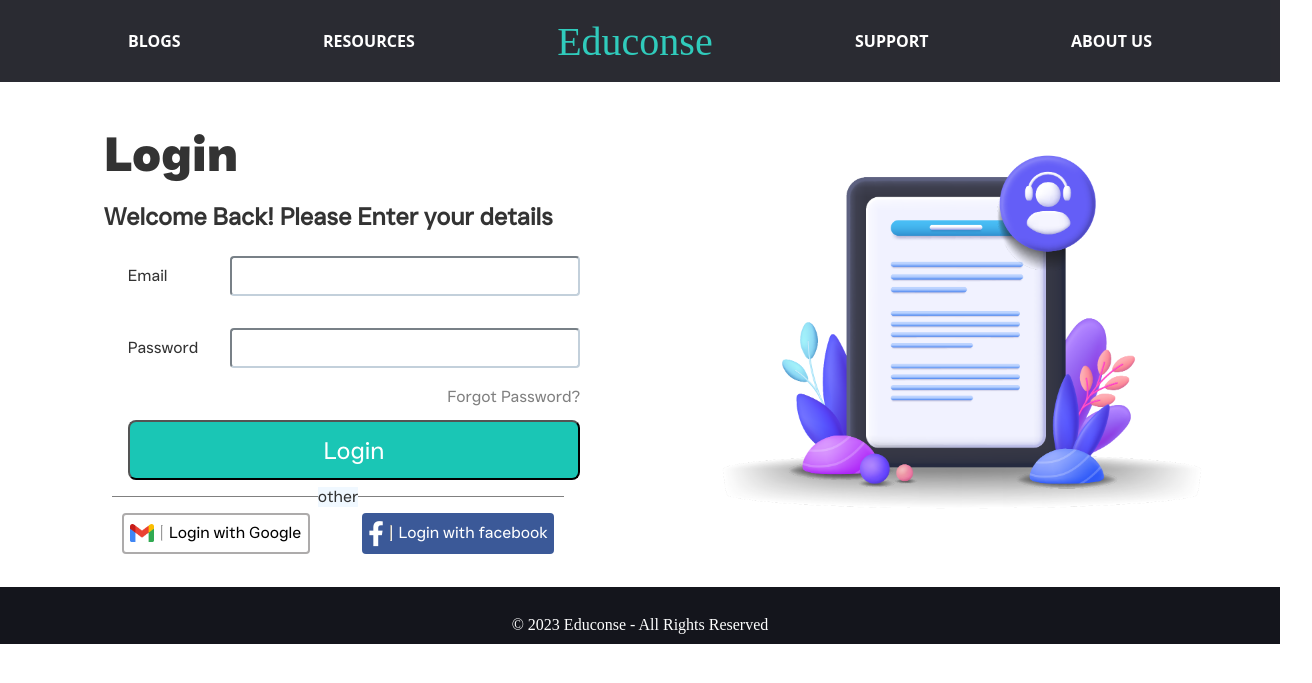
Repository: devajay07/educonse
Page: pages/login.html
The author's editor kept a copy of each file at every save. The page is drawn from the files as they stood at one save, then again after the next save.
The browser window is 1280 px wide. The page is 1312 px wide, so the pictures cover 1312 px, including what lies to the right of the window. The pictures show the whole page.

Above is the page before, as saved 2023-10-15 03:33:03.

After the next save:
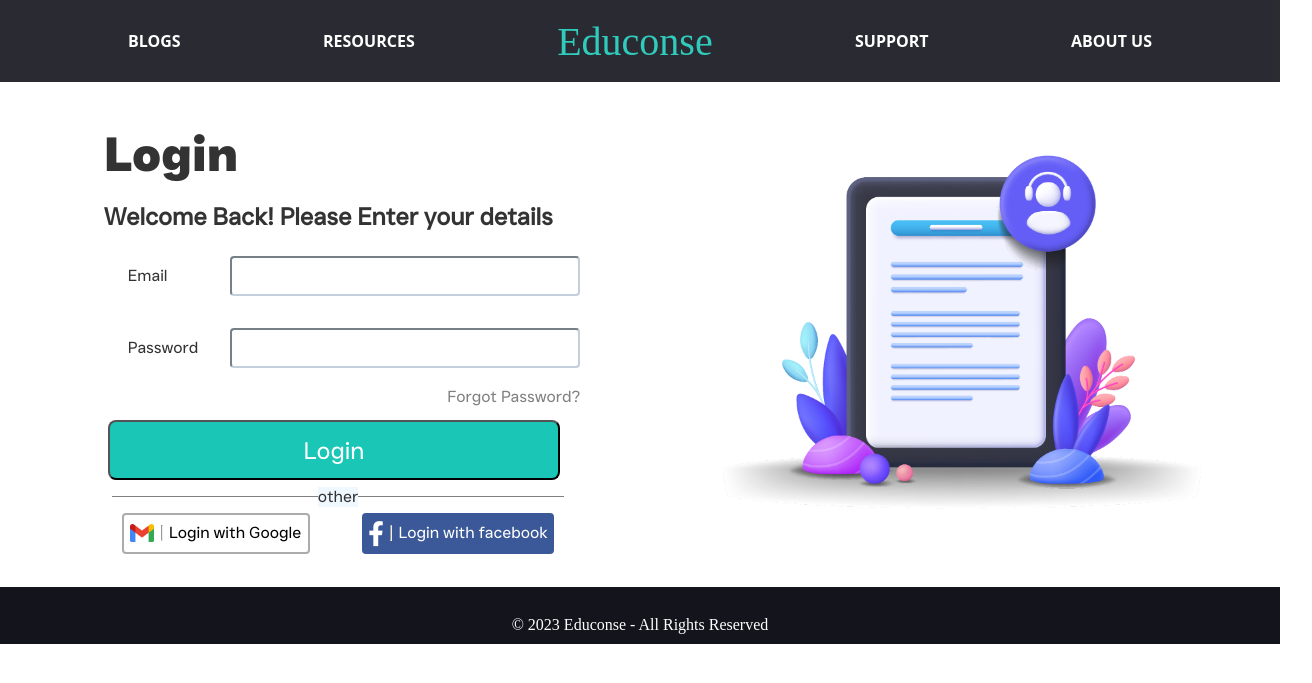
Saved 4 s later.
--- a/css/login.css
+++ b/css/login.css
@@ -64,7 +64,7 @@
   font-family: var(--brand-reg);
   font-size: 1.5rem;
   border-radius: 8px;
-  translate: -;
+  translate: -20px;
 
 }
 

After the 5 saves that followed:
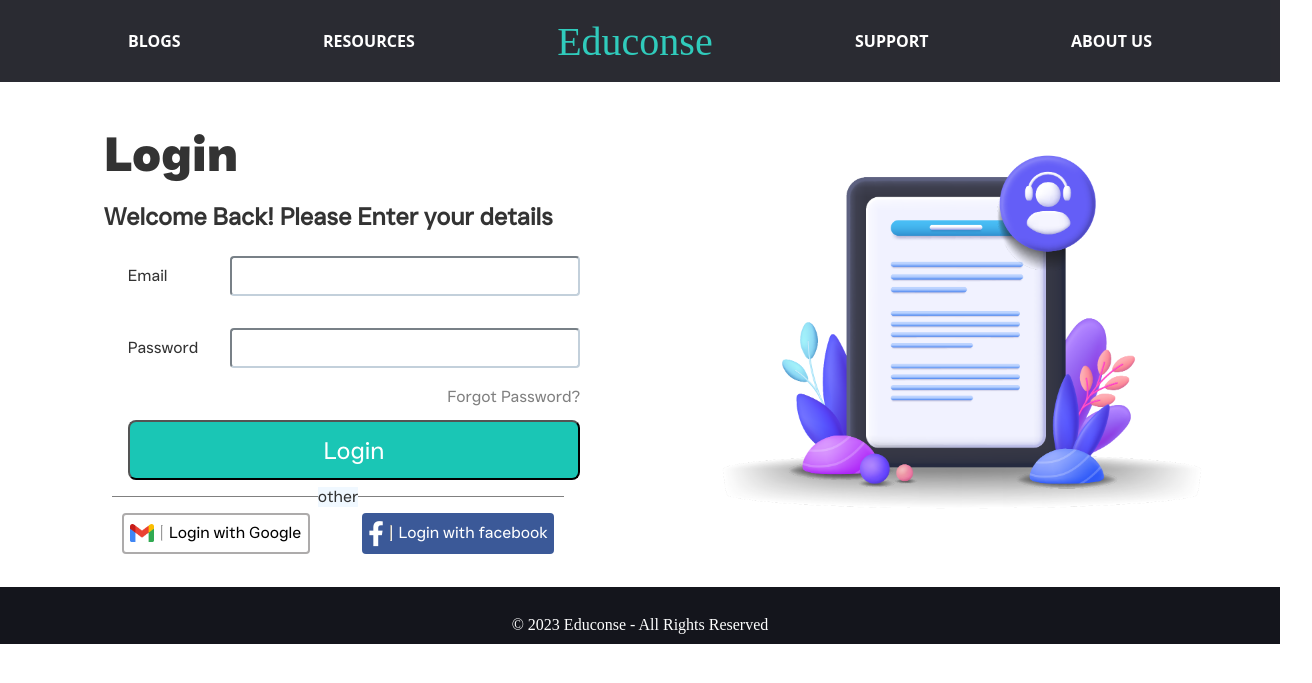
The 5 saves are shown as one change because they came seconds apart.
The last was saved 30 s later.
--- a/css/login.css
+++ b/css/login.css
@@ -64,7 +64,7 @@
   font-family: var(--brand-reg);
   font-size: 1.5rem;
   border-radius: 8px;
-  translate: -20px;
+  transform: translate() -20px;
 
 }
 
